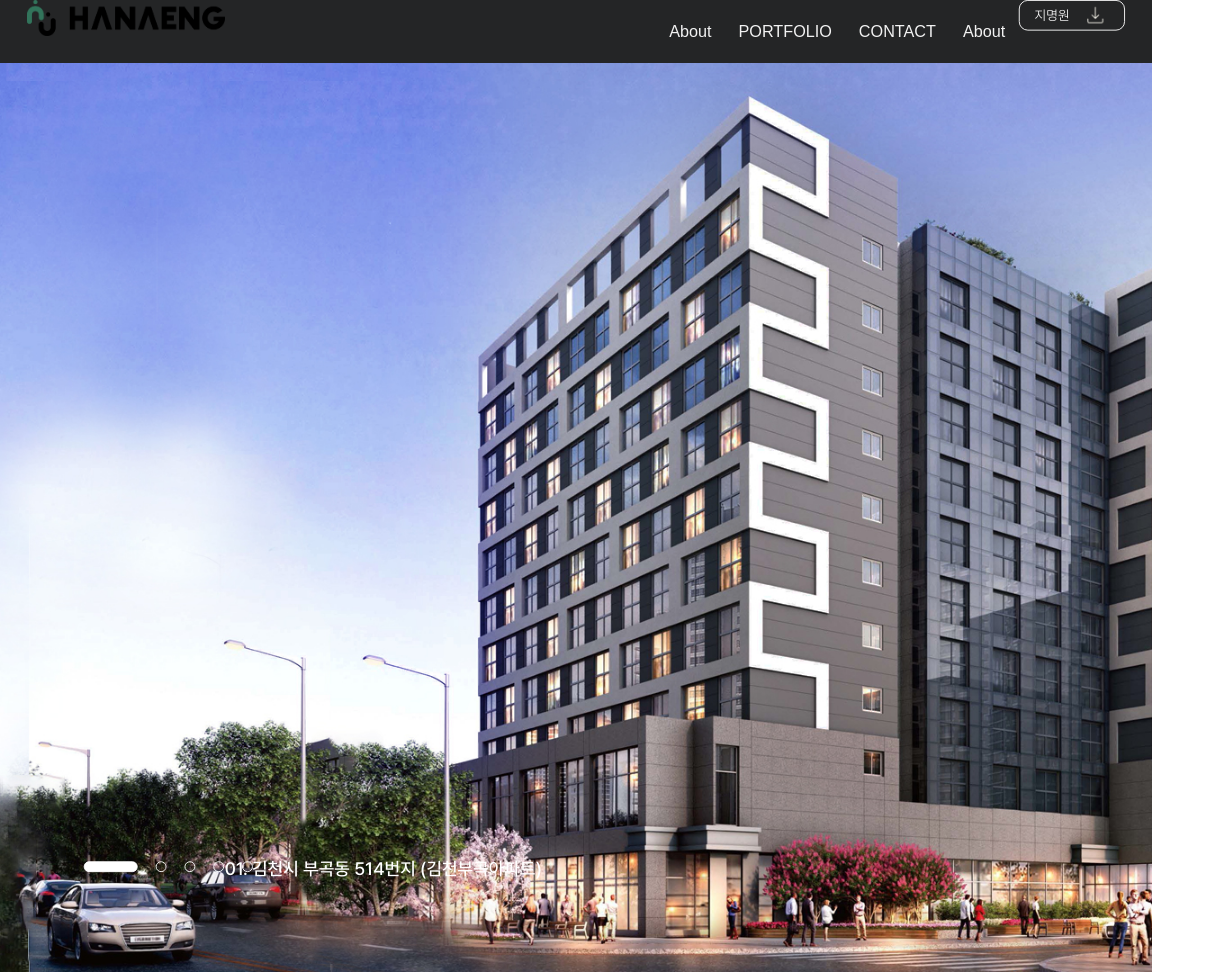
Repository: makeditWeb/hanaenc
Page: main.html
The author's editor kept a copy of each file at every save. The page is drawn from the files as they stood at one save, then again after the next save.
The browser window is 1280 px wide. The page is 1363 px wide, so the pictures cover 1363 px, including what lies to the right of the window. The pictures show the whole page, at 90% of full size.
Some web libraries are served in a nearby version.

Above is the page before, as saved 2023-07-05 19:52:15.
Console error: TypeError: Cannot read properties of null (reading 'addEventListener')

### main.html
<!DOCTYPE html>
<html lang="en">
<head>
    <meta charset="UTF-8">
    <meta name="viewport" content="width=device-width, initial-scale=1.0">
    <title>Document</title>

    <link rel="stylesheet" href="./css/style.css">

    <link rel="stylesheet" type="text/css" href="//cdn.jsdelivr.net/npm/slick-carousel@1.8.1/slick/slick.css"/>
</head>
<body>
    <header id="nav-menu" aria-label="navigation bar">
        <nav>
            <div class="wrapper">
                <a class="logo" href="/">
                    <img src="./image/logo_b.png" alt="Logo" />
                </a>
                <input type="radio" name="slider" id="menu-btn">
                <input type="radio" name="slider" id="close-btn">
                <ul class="nav-links">
                    <label for="close-btn" class="btn close-btn"><i class="fas fa-times"></i></label>
                    <li><a href="#">About</a></li>
                    <li><a class="nav-link" href="/">PORTFOLIO</a></li>
                    <li><a class="nav-link" href="/">CONTACT</a></li>
                    <li>
                        <a href="#" class="desktop-item">About</a>
                        <input type="checkbox" id="showDrop">
                        <label for="showDrop" class="mobile-item">About</label>
                        <ul class="drop-menu">
                            <li><a href="#">회사소개 및 연혁</a></li>
                            <li><a href="#">사업분야</a></li>
                            <li><a href="#">조직도</a></li>
                            <li><a href="#">인증현황</a></li>
                        </ul>
                    </li>
                    <li class="download_wrap">
                        <p>지명원</p>
                        <img src="./image/navbar_down_w.png">
                    </li>
                </ul>

                <label for="menu-btn" class="btn menu-btn"><i class="fas fa-bars"></i></label>
            </div>
        </nav>
    </header>



    <section class="main">
        <div class="main-slide-wrap">
            <div class="main-slide">
                <img src="./image/main_slide1.jpg" alt="slide1">
                <p class="slide_title">01. 김천시 부곡동 514번지 (김천부곡아파트)</p>
            </div>
            <div class="main-slide">
                <img src="./image/main_slide2.jpg" alt="slide1">
                <p class="slide_title">01. 김천시 부곡동 514번지 (김천부곡아파트)</p>
            </div>
            <div class="main-slide">
                <img src="./image/main_slide3.jpg" alt="slide1">
                <p class="slide_title">01. 김천시 부곡동 514번지 (김천부곡아파트)</p>
            </div>
            <div class="main-slide">
                <img src="./image/main_slide4.jpg" alt="slide1">
                <p class="slide_title">01. 김천시 부곡동 514번지 (김천부곡아파트)</p>
            </div>
            <div class="main-slide">
                <img src="./image/main_slide5.jpg" alt="slide1">
                <p class="slide_title">01. 김천시 부곡동 514번지 (김천부곡아파트)</p>
            </div>
        </div>
    </section>
</body>

<script type="text/javascript" src="//code.jquery.com/jquery-1.11.0.min.js"></script>
<script type="text/javascript" src="//cdn.jsdelivr.net/npm/slick-carousel@1.8.1/slick/slick.min.js"></script>
<script src="./js/main.js"></script>

<script>
    $(document).ready(function () {
        $('.main-slide-wrap').slick({
            infinite: true,
            slidesToShow: 1,
            dots: true,
            arrows:false,
        });
    });
</script>
</html>

### css/style.css
* {
    margin: 0;
    padding: 0;
    box-sizing: border-box;
}

:root {
    --dark-grey: #333333;
    --medium-grey: #636363;
    --light-grey: #eeeeee;
    --ash: #f4f4f4;
    --primary-color: #2b72fb;
    --white: white;
    --border: 1px solid var(--light-grey);
    --shadow: rgba(0, 0, 0, 0.05) 0px 6px 24px 0px,
        rgba(0, 0, 0, 0.08) 0px 0px 0px 1px;
    --main-color: #009078;
}


@font-face {
    font-family: 'Pretendard-Thin';
    src: url('../font/Pretendard-Thin.woff') format('woff'),
        url('../font/Pretendard-Thin.woff2') format('woff2');
    font-weight: 100;
    font-style: normal;
}

@font-face {
    font-family: 'Pretendard-ExtraLight';
    src: url('../font/Pretendard-ExtraLight.woff') format('woff'),
        url('../font/Pretendard-ExtraLight.woff2') format('woff2');
    font-weight: 200;
    font-style: normal;
}

@font-face {
    font-family: 'Pretendard-Light';
    src: url('../font/Pretendard-Light.woff') format('woff'),
        url('../font/Pretendard-Light.woff2') format('woff2');
    font-weight: 300;
    font-style: normal;
}

@font-face {
    font-family: 'Pretendard-Regular';
    src: url('../font/Pretendard-Regular.woff') format('woff'),
        url('../font/Pretendard-Regular.woff2') format('woff2');
    font-weight: 400;
    font-style: normal;
}

@font-face {
    font-family: 'Pretendard-Medium';
    src: url('../font/Pretendard-Medium.woff') format('woff'),
        url('../font/Pretendard-Medium.woff2') format('woff2');
    font-weight: 500;
    font-style: normal;
}

@font-face {
    font-family: 'Pretendard-SemiBold';
    src: url('../font/Pretendard-SemiBold.woff') format('woff'),
        url('../font/Pretendard-SemiBold.woff2') format('woff2');
    font-weight: 600;
    font-style: normal;
}

@font-face {
    font-family: 'Pretendard-Bold';
    src: url('../font/Pretendard-Bold.woff') format('woff'),
        url('../font/Pretendard-Bold.woff2') format('woff2');
    font-weight: 700;
    font-style: normal;
}

@font-face {
    font-family: 'Pretendard-ExtraBold';
    src: url('../font/Pretendard-ExtraBold.woff') format('woff'),
        url('../font/Pretendard-ExtraBold.woff2') format('woff2');
    font-weight: 800;
    font-style: normal;
}

@font-face {
    font-family: 'Pretendard-Black';
    src: url('../font/Pretendard-Black.woff') format('woff'),
        url('../font/Pretendard-Black.woff2') format('woff2');
    font-weight: 800;
    font-style: normal;
}


* {
    margin: 0;
    padding: 0;
    box-sizing: border-box;
    font-family: 'Poppins', sans-serif;
}

nav {
    position: fixed;
    z-index: 99;
    width: 100%;

    background: #242526;
}

nav .wrapper {
    position: relative;
    max-width: 1300px;
    padding: 0px 30px;
    height: 70px;
    line-height: 70px;
    margin: auto;
    display: flex;
    align-items: center;
    justify-content: space-between;
}


.wrapper .logo {
width: 220px;
height: auto;
}

.wrapper .logo img{
    width: 100%;
}

.wrapper .nav-links {
    display: inline-flex;
}

.nav-links li {
    list-style: none;
}

.nav-links li a {
    color: #f2f2f2;
    text-decoration: none;
    font-size: 18px;
    font-weight: 500;
    padding: 9px 15px;
    border-radius: 5px;
    transition: all 0.3s ease;
}

.nav-links li a:hover {
    background: #3A3B3C;
}

.nav-links .mobile-item {
    display: none;
}

.nav-links .drop-menu {
    position: absolute;
    background: #242526;
    width: 180px;
    line-height: 45px;
    top: 85px;
    opacity: 0;
    visibility: hidden;
    box-shadow: 0 6px 10px rgba(0, 0, 0, 0.15);
}

.nav-links li:hover .drop-menu,
.nav-links li:hover .mega-box {
    transition: all 0.3s ease;
    top: 70px;
    opacity: 1;
    visibility: visible;
}

.drop-menu li a {
    width: 100%;
    display: block;
    padding: 0 0 0 15px;
    font-weight: 400;
    border-radius: 0px;
}

.mega-box {
    position: absolute;
    left: 0;
    width: 100%;
    padding: 0 30px;
    top: 85px;
    opacity: 0;
    visibility: hidden;
}

.mega-box .content {
    background: #242526;
    padding: 25px 20px;
    display: flex;
    width: 100%;
    justify-content: space-between;
    box-shadow: 0 6px 10px rgba(0, 0, 0, 0.15);
}

.mega-box .content .row {
    width: calc(25% - 30px);
    line-height: 45px;
}

.content .row img {
    width: 100%;
    height: 100%;
    object-fit: cover;
}

.content .row header {
    color: #f2f2f2;
    font-size: 20px;
    font-weight: 500;
}

.content .row .mega-links {
    margin-left: -40px;
    border-left: 1px solid rgba(255, 255, 255, 0.09);
}

.row .mega-links li {
    padding: 0 20px;
}

.row .mega-links li a {
    padding: 0px;
    padding: 0 20px;
    color: #d9d9d9;
    font-size: 17px;
    display: block;
}

.row .mega-links li a:hover {
    color: #f2f2f2;
}

.wrapper .btn {
    color: #fff;
    font-size: 20px;
    cursor: pointer;
    display: none;
}

.wrapper .btn.close-btn {
    position: absolute;
    right: 30px;
    top: 10px;
}

@media screen and (max-width: 970px) {
    .wrapper .btn {
        display: block;
    }

    .wrapper .nav-links {
        position: fixed;
        height: 100vh;
        width: 100%;
        max-width: 350px;
        top: 0;
        left: -100%;
        background: #242526;
        display: block;
        padding: 50px 10px;
        line-height: 50px;
        overflow-y: auto;
        box-shadow: 0px 15px 15px rgba(0, 0, 0, 0.18);
        transition: all 0.3s ease;
    }

    /* custom scroll bar */
    ::-webkit-scrollbar {
        width: 10px;
    }

    ::-webkit-scrollbar-track {
        background: #242526;
    }

    ::-webkit-scrollbar-thumb {
        background: #3A3B3C;
    }

    #menu-btn:checked~.nav-links {
        left: 0%;
    }

    #menu-btn:checked~.btn.menu-btn {
        display: none;
    }

    #close-btn:checked~.btn.menu-btn {
        display: block;
    }

    .nav-links li {
        margin: 15px 10px;
    }

    .nav-links li a {
        padding: 0 20px;
        display: block;
        font-size: 20px;
    }

    .nav-links .drop-menu {
        position: static;
        opacity: 1;
        top: 65px;
        visibility: visible;
        padding-left: 20px;
        width: 100%;
        max-height: 0px;
        overflow: hidden;
        box-shadow: none;
        transition: all 0.3s ease;
    }

    #showDrop:checked~.drop-menu,
    #showMega:checked~.mega-box {
        max-height: 100%;
    }

    .nav-links .desktop-item {
        display: none;
    }

    .nav-links .mobile-item {
        display: block;
        color: #f2f2f2;
        font-size: 20px;
        font-weight: 500;
        padding-left: 20px;
        cursor: pointer;
        border-radius: 5px;
        transition: all 0.3s ease;
    }

    .nav-links .mobile-item:hover {
        background: #3A3B3C;
    }

    .drop-menu li {
        margin: 0;
    }

    .drop-menu li a {
        border-radius: 5px;
        font-size: 18px;
    }

    .mega-box {
        position: static;
        top: 65px;
        opacity: 1;
        visibility: visible;
        padding: 0 20px;
        max-height: 0px;
        overflow: hidden;
        transition: all 0.3s ease;
    }

    .mega-box .content {
        box-shadow: none;
        flex-direction: column;
        padding: 20px 20px 0 20px;
    }

    .mega-box .content .row {
        width: 100%;
        margin-bottom: 15px;
        border-top: 1px solid rgba(255, 255, 255, 0.08);
    }

    .mega-box .content .row:nth-child(1),
    .mega-box .content .row:nth-child(2) {
        border-top: 0px;
    }

    .content .row .mega-links {
        border-left: 0px;
        padding-left: 15px;
    }

    .row .mega-links li {
        margin: 0;
    }

    .content .row header {
        font-size: 19px;
    }
}

nav input {
    display: none;
}

.body-text {
    position: absolute;
    top: 50%;
    left: 50%;
    transform: translate(-50%, -50%);
    width: 100%;
    text-align: center;
    padding: 0 30px;
}

.body-text div {
    font-size: 45px;
    font-weight: 600;
}

.download_wrap {
    display: flex;
    align-items: center;
    justify-content: center;
    border: 1px solid #fff;
    border-radius: 10px;
    width: 118px;
    height: 34px;

}

.download_wrap p {
    font-size: 15px;
    color: #fff;
    font-family: 'Pretendard-Light';
    margin-right: 14px;
}

.download_wrap img {
    width: 30px;
    height: 30px;
}

.main-slide {
    width: 100%;
    position: relative;
}

.main-slide p {
    color: #fff;
    position: absolute;
    bottom: 103px;
    left: 19.5%;
    font-size: 20px;
    font-family: 'Pretendard-Medium';
}

.slick-dots {
    display: flex;
    align-items: center;
    padding: 1rem 0;
    list-style-type: none;
    position: absolute;
    bottom: 95px;
    max-width: 1410px;
    width: 100%;
    margin: 0 auto;
    left: 6.5%;
}

.slick-dots li {
    margin: 0 10px;
}

.slick-dots button {
    display: block;
    width: 12px;
    height: 12px;
    border-radius: 50%;
    padding: 0;
    border: none;
    background-color: transparent;
    border: 1px solid #fff;
    text-indent: -9999px;
}

.slick-dots li.slick-active button {
    width: 60px;
    height: 12px;
    background-color: #fff;
    border-radius: 10px;
}

@media (max-width: 1100px) {
    #hamburger {
        display: block;
    }

    .container {
        width: 100%;
        max-width: 100%;
        padding: 40px 20px 30px;
    }

    .menu {
        display: none;
        position: absolute;
        top: 87px;
        left: 0;
        min-height: 100vh;
        width: 100vw;
    }


    .logo {
        width: 140px;
        height: auto;
    }

    .dropdown {
        display: none;
        min-width: 100%;
        border: none !important;
        border-radius: 5px;
        position: static;
        top: 0;
        left: 0;
        visibility: visible;
        opacity: 1;
        transform: none;
        box-shadow: none;
    }

    .menu.show,
    .dropdown.active {
        display: block;
    }

    .dropdown ul {
        padding-left: 0.3rem;
    }

    .menu-bar {
        display: flex;
        flex-direction: column;
        align-items: stretch;
        row-gap: 1rem;
        padding: 1rem;
    }

    .menu-bar .nav-link {
        display: flex;
        justify-content: space-between;
        width: 100%;
        font-weight: 600;
        font-size: 1.2rem;
        margin: 0;
    }

    .menu-bar li:first-child .dropdown {
        min-width: 100%;
    }

    .menu-bar>li:not(:last-child) {
        padding-bottom: 0.5rem;
        border-bottom: var(--border);
    }
}

@media (max-width: 600px) {
    .right-container {
        display: none;
    }
}

### js/main.js


// main

const dropdownBtn = document.querySelectorAll(".dropdown-btn");
const dropdown = document.querySelectorAll(".dropdown");
const hamburgerBtn = document.getElementById("hamburger");
const navMenu = document.querySelector(".menu");
const links = document.querySelectorAll(".dropdown a");

function setAriaExpandedFalse() {
  dropdownBtn.forEach((btn) => btn.setAttribute("aria-expanded", "false"));
}

function closeDropdownMenu() {
  dropdown.forEach((drop) => {
    drop.classList.remove("active");
    drop.addEventListener("click", (e) => e.stopPropagation());
  });
}

function toggleHamburger() {
  navMenu.classList.toggle("show");
}

// dropdownBtn.forEach((btn) => {
//   btn.addEventListener("click", function (e) {
//     const dropdownIndex = e.currentTarget.dataset.dropdown;
//     const dropdownElement = document.getElementById(dropdownIndex);

//     dropdownElement.classList.toggle("active");
//     dropdown.forEach((drop) => {
//       if (drop.id !== btn.dataset["dropdown"]) {
//         drop.classList.remove("active");
//       }
//     });
//     e.stopPropagation();
//     btn.setAttribute(
//       "aria-expanded",
//       btn.getAttribute("aria-expanded") === "false" ? "true" : "false"
//     );
//   });
// });

// close dropdown menu when the dropdown links are clicked
links.forEach((link) =>
  link.addEventListener("click", () => {
    closeDropdownMenu();
    setAriaExpandedFalse();
    toggleHamburger();
  })
);

// close dropdown menu when you click on the document body
document.documentElement.addEventListener("click", () => {
  closeDropdownMenu();
  setAriaExpandedFalse();
});

// close dropdown when the escape key is pressed
document.addEventListener("keydown", (e) => {
  if (e.key === "Escape") {
    closeDropdownMenu();
    setAriaExpandedFalse();
  }
});

// toggle hamburger menu
hamburgerBtn.addEventListener("click", toggleHamburger);

After the next save:
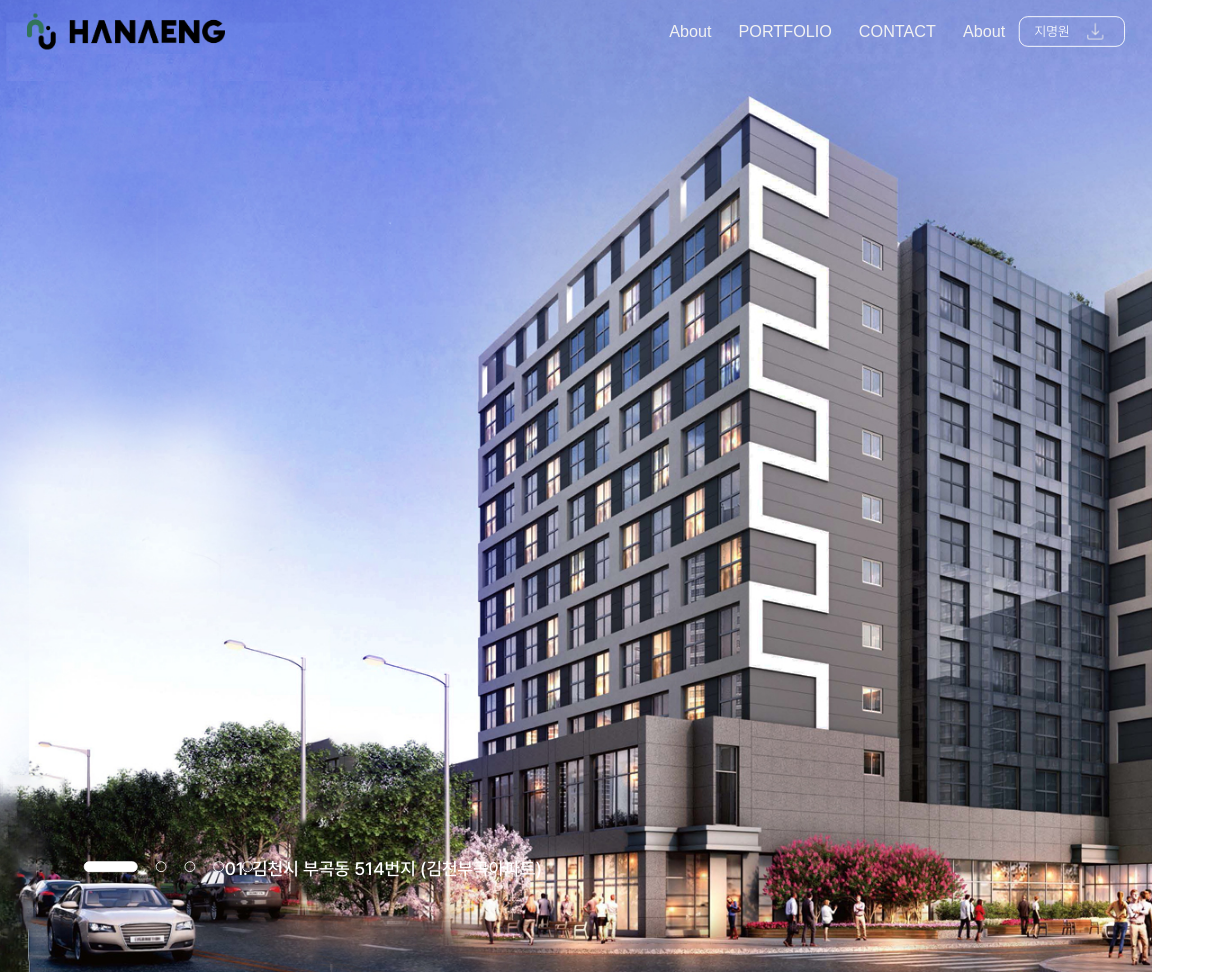
Saved 33 min 33 s later.
--- a/css/style.css
+++ b/css/style.css
@@ -103,12 +103,12 @@
     z-index: 99;
     width: 100%;
 
-    background: #242526;
+    background: transparent;
 }
 
 nav .wrapper {
     position: relative;
-    max-width: 1300px;
+    max-width: 1410px;
     padding: 0px 30px;
     height: 70px;
     line-height: 70px;
@@ -122,6 +122,8 @@
 .wrapper .logo {
 width: 220px;
 height: auto;
+display: flex;
+align-items: center;
 }
 
 .wrapper .logo img{
@@ -129,7 +131,8 @@
 }
 
 .wrapper .nav-links {
-    display: inline-flex;
+    display: flex;
+    align-items: center;
 }
 
 .nav-links li {
